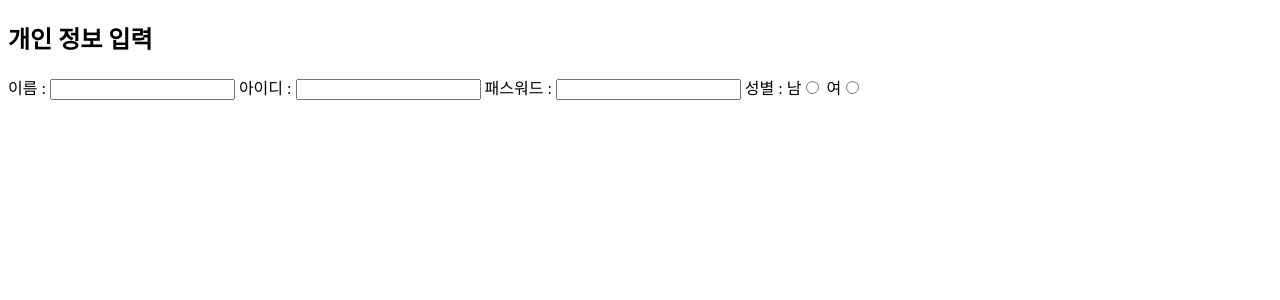
Repository: sunnny10/web-workspace
Page: Lecture-Web/src/main/webapp/HW/PInfoInput.html
These files come from the project's save history. The page is drawn as it stood at one moment and after the next save; the edit follows.
The browser window is 1280 px wide. The pictures show the whole page.

Above is the page before, as saved 2022-06-02 09:55:52.

### Lecture-Web/src/main/webapp/HW/PInfoInput.html
<!DOCTYPE html>
<html>
<head>
<meta charset="UTF-8">
<title>개인 정보 입력</title>
</head>
<body>
	<div>
		<h2>개인 정보 입력</h2>
		<form action="">
			이름 : <input type="text" name="name">
			아이디 : <input type="text" name="id">
			패스워드 : <input type="password" name="passwd">
			성별 :
			남<input type="radio" name="gender" value="male">
			여<input type="radio" name="gender" value="female">
		</form>
	</div>
</body>
</html>

After the next save:
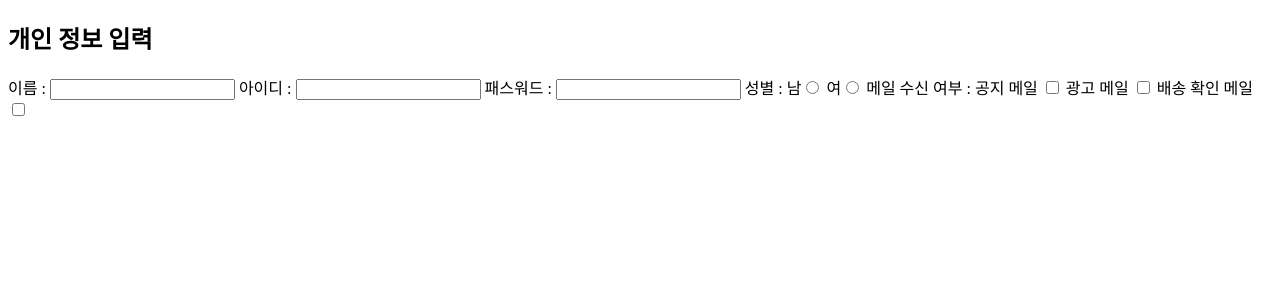
Saved 3 min 34 s later.
--- a/Lecture-Web/src/main/webapp/HW/PInfoInput.html
+++ b/Lecture-Web/src/main/webapp/HW/PInfoInput.html
@@ -14,6 +14,11 @@
 			성별 :
 			남<input type="radio" name="gender" value="male">
 			여<input type="radio" name="gender" value="female">
+			메일 수신 여부 :
+			공지 메일 <input type="checkbox" name="receiveCk" value="notice">
+			광고 메일 <input type="checkbox" name="receiveCk" value="advertise">
+			배송 확인 메일 <input type="checkbox" name="receiveCk" value="delivery">
+
 		</form>
 	</div>
 </body>
